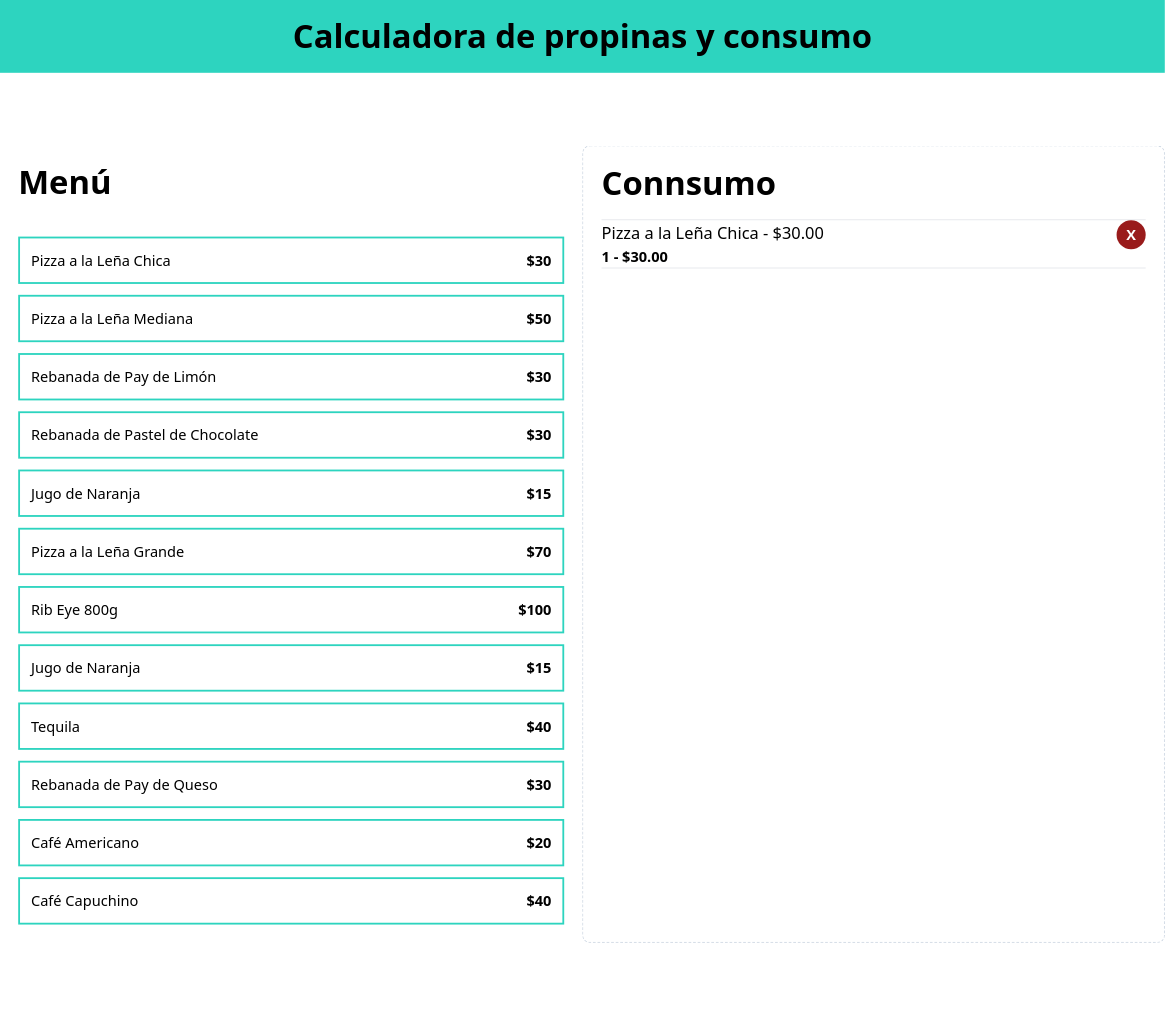
Repository: Samuel-Leal96/calculador_propinas
Page: /, after clicking the first element matching `button.border-2`
An editor plug-in stored every save of this project. The page is shown before and after the next save, followed by the edit.
The browser window is 1280 px wide. The pictures show the whole page, at 91% of full size.
The project was rebuilt for these pictures with package versions that can differ from the ones it lists, and the page was loaded fresh each time. Also part of the build but not shown: vite.config.ts.

Above is the page before, as saved 2025-10-21 16:30:04.

After the next save:
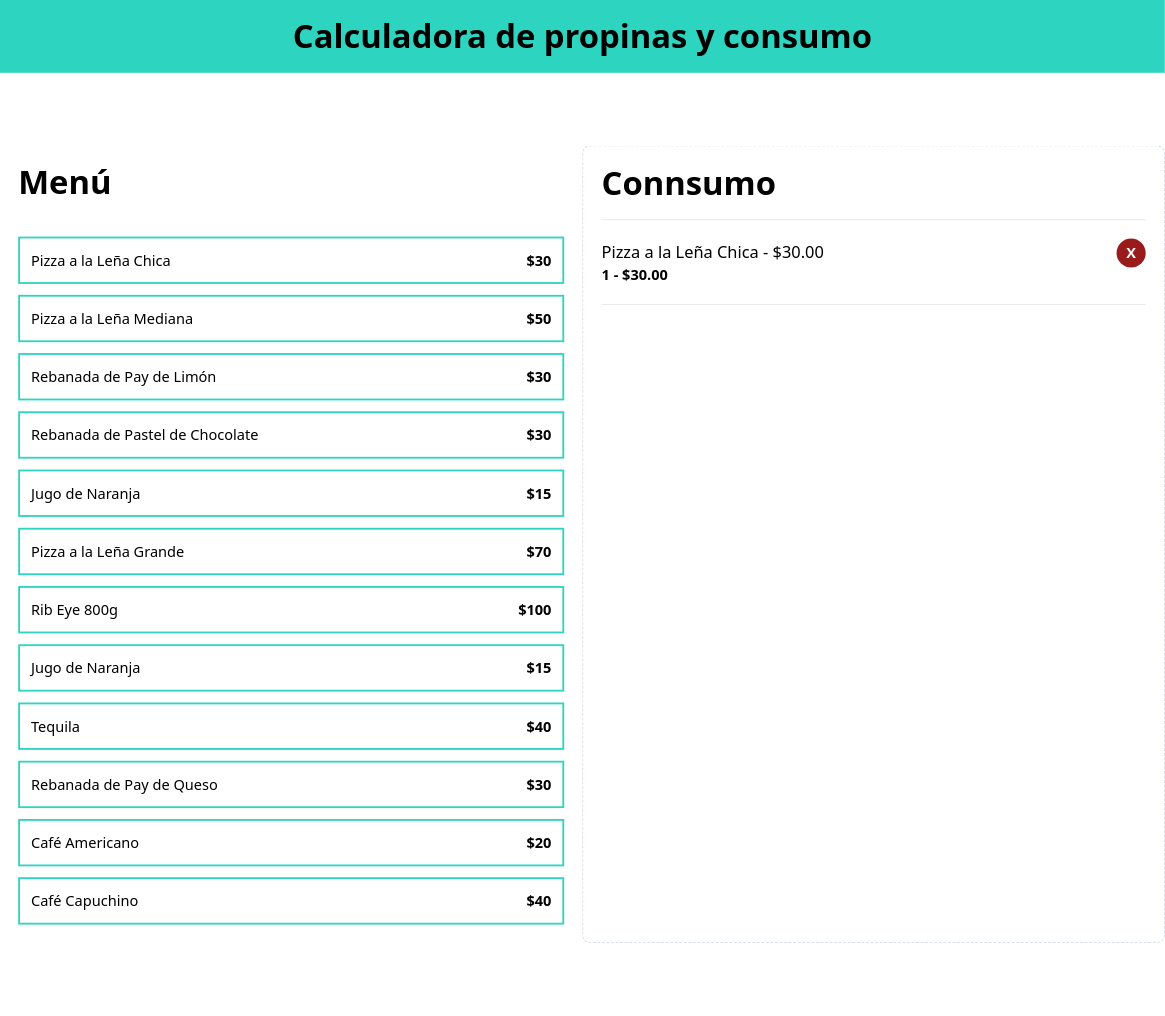
Saved 36 s later.
--- a/src/components/OrderContents.tsx
+++ b/src/components/OrderContents.tsx
@@ -16,7 +16,7 @@ export default function OrderContents({ order }: OrderContentsProps) {
                     : (
                         order.map(item => (
                             <div key={item.id}
-                                className="flex justify-between border-t border-gray-200 py5 last-of-type:border-b"
+                                className="flex justify-between border-t border-gray-200 py-5 last-of-type:border-b"
                             >
                                 <div>
                                     <p className="text-lg">
